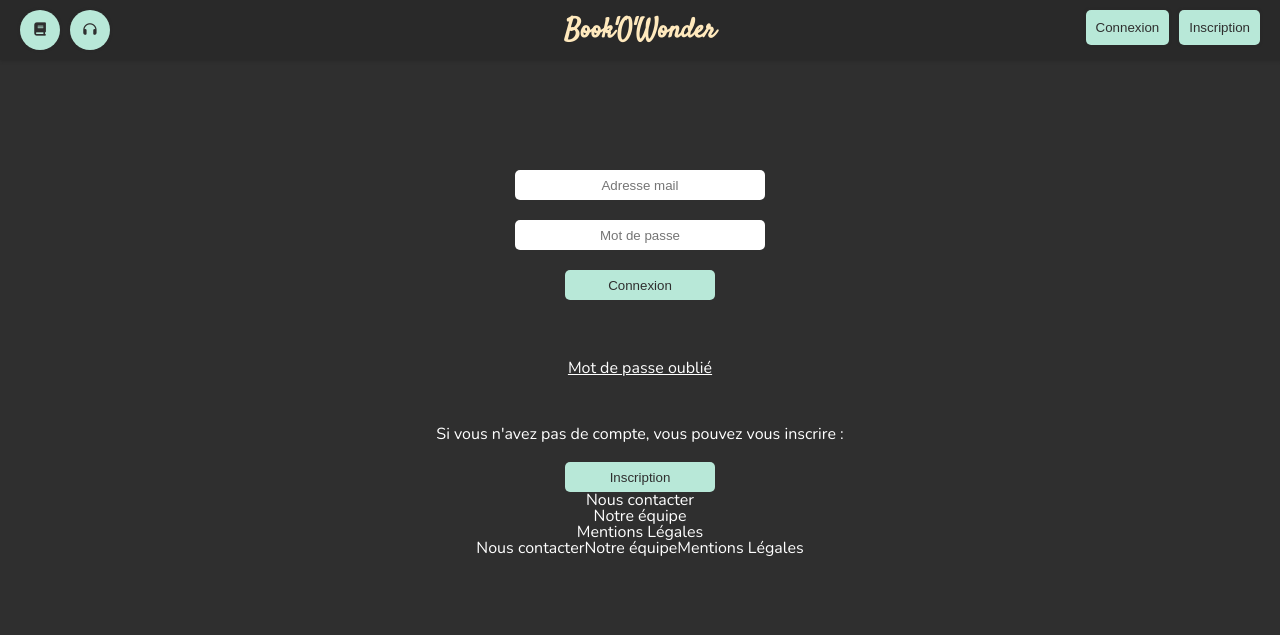
Repository: AnneLineC/book-o-wonder-front
Page: /connexion
These files come from the project's save history. The page is drawn as it stood at one moment and after the next save; the edit follows.
The browser window is 1280 px wide. The pictures show the whole page.
The page's requests for data from a server got no answer. Some web libraries are served in a nearby version. The project was rebuilt for these pictures with package versions that can differ from the ones it lists, and the page was loaded fresh each time. No one was signed in, and anything a server would have sent is missing. Also part of the build but not shown: src/components/HeaderApp/LoggedMenu/styles.scss, src/components/HeaderApp/LoggedMenu/index.js, src/components/BookCard/styles.scss, src/components/BookCard/index.js, src/components/HomePage/styles.scss, src/components/HomePage/index.js, src/components/RegisterPage/styles.scss, src/components/RegisterPage/index.js and 30 more.

Above is the page before, as saved 2021-12-21 10:51:19.

### public/index.html
<!DOCTYPE html>
<html lang="en">
  <head>
    <meta charset="utf-8" />
    <link rel="icon" href="%PUBLIC_URL%/favicon.ico" />
    <meta name="viewport" content="width=device-width, initial-scale=1" />
    <meta name="theme-color" content="#000000" />
    <meta
      name="description"
      content="Web site created using create-react-app"
    />
    <link rel="apple-touch-icon" href="%PUBLIC_URL%/logo192.png" />
    <!--
      manifest.json provides metadata used when your web app is installed on a
      user's mobile device or desktop. See https://developers.google.com/web/fundamentals/web-app-manifest/
    -->
    <link rel="manifest" href="%PUBLIC_URL%/manifest.json" />
    <!--
      Notice the use of %PUBLIC_URL% in the tags above.
      It will be replaced with the URL of the `public` folder during the build.
      Only files inside the `public` folder can be referenced from the HTML.

      Unlike "/favicon.ico" or "favicon.ico", "%PUBLIC_URL%/favicon.ico" will
      work correctly both with client-side routing and a non-root public URL.
      Learn how to configure a non-root public URL by running `npm run build`.
    -->
    <title>Book'O'Wonder</title>
    <script src="https://kit.fontawesome.com/1f90cd4d86.js" crossorigin="anonymous"></script>
  </head>
  <body>
    <noscript>You need to enable JavaScript to run this app.</noscript>
    <div id="root"></div>
  </body>
</html>

### src/index.js
import { Provider } from 'react-redux';
import { BrowserRouter } from 'react-router-dom';
import React from 'react';
import ReactDOM from 'react-dom';
import reportWebVitals from './reportWebVitals';
import store from './store';
import App from './components/App';
import './styles/index.scss';

ReactDOM.render(
  <React.StrictMode>
    <BrowserRouter>
      <Provider store={store}>
        <App />
      </Provider>
    </BrowserRouter>
  </React.StrictMode>,
  document.getElementById('root'),
);

// If you want to start measuring performance in your app, pass a function
// to log results (for example: reportWebVitals(console.log))
// or send to an analytics endpoint. Learn more: https://bit.ly/CRA-vitals
reportWebVitals();

### src/store/index.js
import { createStore, applyMiddleware, compose } from 'redux';

import reducer from '../reducers';
import apiMiddleware from '../middlewares/api';

const composeEnhancers = window.__REDUX_DEVTOOLS_EXTENSION_COMPOSE__ || compose;

const enhancers = composeEnhancers(
  applyMiddleware(apiMiddleware),
);

const store = createStore(reducer, enhancers);

export default store;

### src/styles/index.scss
@use 'reset';
@use 'vars';

@font-face {
  font-family: 'Nunito';
  src: url('../assets/fonts/Nunito-VariableFont_wght.ttf');
  font-weight: normal;
  font-style: normal;
}

@font-face {
  font-family: 'Satisfy';
  src: url('../assets/fonts/Satisfy-Regular.ttf');
  font-weight: normal;
  font-style: normal;
}

html, body {
  max-width: 100%;
  overflow-x: hidden;
}

body {
  background-color: vars.$color--grey-dark;
  margin: 0;
  font-family: 'Nunito', sans-serif;
  color: white;

  &.reading-page {
    height: 100vh;
    overflow-y: hidden;
  }
}

button {
  color: vars.$color--grey-dark;
}

/* Hiding class, making content visible only to screen readers but not visually */
/* "sr" meaning "screen-reader" */
.sr-only:not(:focus):not(:active) {
  clip: rect(0 0 0 0);
  clip-path: inset(50%);
  height: 1px;
  overflow: hidden;
  position: absolute;
  white-space: nowrap;
  width: 1px;
}

button {
  color: vars.$color--grey-dark;
}

/* Hiding class, making content visible only to screen readers but not visually */
/* "sr" meaning "screen-reader" */
.sr-only:not(:focus):not(:active) {
  clip: rect(0 0 0 0);
  clip-path: inset(50%);
  height: 1px;
  overflow: hidden;
  position: absolute;
  white-space: nowrap;
  width: 1px;
}

### src/reducers/index.js
import { combineReducers } from 'redux';

import userReducer from './user';
import booksReducer from './books';
import displayReducer from './display';
import soundsReducer from './sounds';

const rootReducer = combineReducers({
  display: displayReducer,
  books: booksReducer,
  user: userReducer,
  sounds: soundsReducer,
});

export default rootReducer;

### src/components/HeaderApp/index.js
import { useDispatch, useSelector } from 'react-redux';
import { Link } from 'react-router-dom';
import LoggedMenu from './LoggedMenu';
import LoginComponent from './LoginComponent';
import { setDisplay } from '../../actions';
import './styles.scss';

const HeaderApp = () => {
  const isLogged = useSelector((state) => state.user.logged);
  const dispatch = useDispatch();
  const handleMenuButtonClick = (name) => {
    dispatch(setDisplay(name));
  };
  return (
    <header className="header-app">
      <div className="header-app__element header-app__element--menu">
        {!isLogged && <LoginComponent />}
        {isLogged && <LoggedMenu />}
      </div>
      <button
        type="button"
        className="header-app__element header-app__element--categories"
        onClick={
          () => {
            handleMenuButtonClick('categoriesMenu');
          }
        }
      >
        <span className="sr-only">Catégories</span>
        <i className="header-app__icon fas fa-book" />
      </button>
      <button
        type="button"
        className="header-app__element header-app__element--audio-player"
        onClick={
          () => {
            handleMenuButtonClick('mediaPlayer');
          }
        }
      >
        <span className="sr-only">Lecteur audio</span>
        <i className="header-app__icon fas fa-headphones" />
      </button>
      <Link to="/"><h1 className="header-app__title">Book'O'Wonder</h1></Link>
    </header>
  );
};

export default HeaderApp;

### src/components/FooterApp/index.js
import './styles.scss';
import { Link } from "react-router-dom"

const FooterApp = () => (
  <footer>
    <ul>
        <ol><a href=""></a>Nous contacter</ol>
        <ol><a href=""></a>Notre équipe</ol>
        <ol><a href=""></a>Mentions Légales</ol>

        <Link to="/Nous_contacter">Nous contacter</Link>
        <Link to="/Notre_equipe">Notre équipe</Link>
        <Link to="/Mentions_Legales">Mentions Légales</Link>
    </ul>
  </footer>
);

export default FooterApp;

### src/components/ConnexionMenu/index.js
import { useSelector, useDispatch } from 'react-redux';
import { NavLink } from 'react-router-dom';
import { setDisplay } from '../../actions';

import Modal from '../Modal';

import './styles.scss';

const ConnexionMenu = () => {
  const isConnexionMenuOpen = useSelector((state) => state.display.connexionMenu);

  const dispatch = useDispatch();
  const handleLinkClick = () => {
    dispatch(setDisplay('connexionMenu'));
  };

  return (
    <Modal componentName="connexionMenu" isComponentOpen={isConnexionMenuOpen}>
      <ul className="connexion-menu__list">
        <li className="connexion-menu__item">
          <NavLink
            to="/connexion"
            onClick={handleLinkClick}
          >
            Connexion
          </NavLink>
        </li>
        <li className="connexion-menu__item">
          <NavLink
            to="/inscription"
            onClick={handleLinkClick}
          >
            Inscription
          </NavLink>
        </li>
      </ul>
    </Modal>
  );
};

export default ConnexionMenu;

### src/components/ConnectedMenu/index.js
import { useSelector, useDispatch } from 'react-redux';
import { NavLink } from 'react-router-dom';
import { setDisplay, logout } from '../../actions';

import Modal from '../Modal';

import './styles.scss';

const ConnexionMenu = () => {
  const dispatch = useDispatch();
  const isConnectedMenuOpen = useSelector((state) => state.display.connectedMenu);

  const handleLinkClick = () => {
    dispatch(setDisplay('connectedMenu'));
  };

  const handleDeconnexionClick = () => {
    dispatch(logout());
    dispatch(setDisplay('connectedMenu'));
  };

  const baseURI = useSelector((state) => (state.display.baseURI));
  const userRoles = useSelector((state) => (state.user.roles));

  let isAdmin = false;
  if (userRoles) {
    isAdmin = userRoles.includes('ROLE_ADMIN');
  }

  return (
    <Modal componentName="connectedMenu" isComponentOpen={isConnectedMenuOpen}>
      <ul className="connected-menu__list">
        <li className="connected-menu__item">
          <NavLink
            to="/mon-compte"
            onClick={handleLinkClick}
          >
            Mon compte
          </NavLink>
        </li>
        <li className="connected-menu__item">
          <NavLink
            to="/"
            onClick={handleDeconnexionClick}
          >
            Deconnexion
          </NavLink>
        </li>
        {isAdmin && (
          <li className="connected-menu__item">
            <a
              href={`${baseURI}/`}
              onClick={handleLinkClick}
            >
              Administration (admin)
            </a>
          </li>
        )}
      </ul>
    </Modal>
  );
};

export default ConnexionMenu;

### src/components/CategoriesMenu/index.js
import { useSelector, useDispatch } from 'react-redux';
import { NavLink } from 'react-router-dom';
import { useEffect } from 'react';
import { setDisplay, loadCategoriesFromAPI } from '../../actions';

import Modal from '../Modal';

import './styles.scss';

const CategoriesMenu = () => {
  const dispatch = useDispatch();
  const isCategoriesMenuOpen = useSelector((state) => state.display.categoriesMenu);
  const categoriesList = useSelector((state) => state.display.categoriesList);

  useEffect(
    () => {
      dispatch(loadCategoriesFromAPI());
    },
    [],
  );

  const handleLinkClick = () => {
    dispatch(setDisplay('categoriesMenu'));
  };

  return (
    <Modal componentName="categoriesMenu" appearingDesktopSide="left" isComponentOpen={isCategoriesMenuOpen}>
      <ul className="categories-menu__list">
        {
          categoriesList.map(
            (category) => (
              <li key={category.id} className="categories-menu__item">
                <NavLink
                  to={`/categorie/${category.id}`}
                  onClick={handleLinkClick}
                >
                  {category.name}
                </NavLink>
              </li>
            ),
          )
        }

      </ul>
    </Modal>
  );
};

export default CategoriesMenu;

### src/styles/_reset.css
/* http://meyerweb.com/eric/tools/css/reset/ v2.0 | 20110126 */
html,
body,
div,
span,
applet,
object,
iframe,
h1,
h2,
h3,
h4,
h5,
h6,
p,
blockquote,
pre,
a,
abbr,
acronym,
address,
big,
cite,
code,
del,
dfn,
em,
img,
ins,
kbd,
q,
s,
samp,
small,
strike,
strong,
sub,
sup,
tt,
var,
b,
u,
i,
center,
dl,
dt,
dd,
ol,
ul,
li,
fieldset,
form,
label,
legend,
table,
caption,
tbody,
tfoot,
thead,
tr,
th,
td,
article,
aside,
canvas,
details,
embed,
figure,
figcaption,
footer,
header,
hgroup,
menu,
nav,
output,
ruby,
section,
summary,
time,
mark,
audio,
video {
  margin: 0;
  padding: 0;
  border: 0;
  font-size: 100%;
  font: inherit;
  vertical-align: baseline;
}

/* HTML5 display-role reset for older browsers */
article,
aside,
details,
figcaption,
figure,
footer,
header,
hgroup,
menu,
nav,
section {
  display: block;
}

body {
  line-height: 1;
}
ol,
ul {
  list-style: none;
}
blockquote,
q {
  quotes: none;
}

blockquote::before,
blockquote::after,
q:before,
q:after {
  content: '';
  content: none;
}
table {
  border-collapse: collapse;
  border-spacing: 0;
}

/* Améliorations */

html {
  box-sizing: border-box;
  font-size: 62.5%;
}

body {
  font-size: 1.6rem;
}

*,
*::before,
*::after {
  box-sizing: inherit;
}

a,
del,
ins {
  text-decoration: none;
}
a {
  color: inherit;
}

label,
button {
  cursor: pointer;
  background-color: transparent;
  border: 0;
  padding: 0;
}

input,
button {
  outline: 0;
  border: 0;
}

### src/styles/_vars.scss
// --------
// Colors :
// --------

// $color--*color*-*light/medium/dark*

$color--grey-dark: #2f2f2f;
$color--grey-very-dark: #292929;
$color--green-light: #b8e8d8;
$color--blue-light: #e1ecfe;
$color--yellow-light: #fffec5;
$color--orange-light: #ffe9bd;
$color--orange-medium: #e9ab9c;

// $gradient--*color*-*light/medium/dark*

$gradient--blue-light : linear-gradient(to bottom, #9ec0ff, #e8f1ff);
$gradient--yellow-light : linear-gradient(to bottom, #fed68e, #fef4db);
$gradient--green-light : linear-gradient(to bottom, #88d4ba, #d8f3ea);

// ---------
// General :
// ---------

$radius: 0.5rem;
$gutter: 1rem;

// -------------
// Breakpoints :
// -------------

$tablet: 700px;
$desktop: 1000px;

// -------
// Fonts :
// -------

$title-font: 'Satisfy', sans-serif;
$main-font: 'Nunito', sans-serif;

### src/reducers/books.js
import {
  SET_BOOKS_LIST_BY_CATEGORY,
  SET_BOOK,
  SET_HIGHLIGHTED_BOOKS,
  SET_MOST_PINNED_BOOK,
  SET_MOST_READ_CATEGORY,
  SET_HIGHLIGHTED_BOOKS_ARE_LOADED,
} from '../actions';

export const initialState = {
  categoryTitle: 0,
  book: {},
  books: [],
  highlightedBooks: [],
  highlightedBooksAreLoaded: false,
  mostPinnedBook: {},
  mostReadCategory: {},
};

const reducer = (state = initialState, action = {}) => {
  switch (action.type) {
    case SET_BOOKS_LIST_BY_CATEGORY:
      return {
        ...state,
        ...action.data,
      };
    case SET_BOOK:
      return {
        ...state,
        book: { ...action.data },
      };
    case SET_HIGHLIGHTED_BOOKS:
      return {
        ...state,
        highlightedBooks: action.data,
      };
    case SET_MOST_PINNED_BOOK:
      return {
        ...state,
        mostPinnedBook: action.data,
      };
    case SET_MOST_READ_CATEGORY:
      return {
        ...state,
        mostReadCategory: action.data,
      };
    case SET_HIGHLIGHTED_BOOKS_ARE_LOADED:
      return {
        ...state,
        highlightedBooksAreLoaded: action.value,
      };
    default:
      return state;
  }
};

export default reducer;

### src/reducers/sounds.js
import { SET_SOUNDS, SET_CURRENT_SOUND } from '../actions';

export const initialState = {
  musicsList: [],
  currentMusic: {
    id: 1,
    name: 'Lofi',
    music: 'https:/www.youtube.com/watch?v=5qap5aO4i9A',
    image: '',
    categories: [
      {
        id: 1,
        name: 'Fantasy',
      },
    ],
  },
};

const reducer = (state = initialState, action = {}) => {
  switch (action.type) {
    case SET_SOUNDS:
      return {
        ...state,
        musicsList: action.data,
      };
    case SET_CURRENT_SOUND:
      return {
        ...state,
        currentMusic: action.data,
      };
    default:
      return state;
  }
};

export default reducer;

### src/components/HeaderApp/LoginComponent/index.js
import LoginButtons from './LoginButtons';
import LoginMenu from './LoginMenu';
import './styles.scss';

const LoginComponent = () => (
  <div className="login-component">
    <LoginButtons />
    <LoginMenu />
  </div>
);

export default LoginComponent;

### src/components/HeaderApp/styles.scss
@use './../../styles/vars';
@use "sass:color";

.header-app {

    padding: vars.$gutter vars.$gutter*2;
    background-color: color.scale(vars.$color--grey-dark, $blackness: 80%);
    box-shadow: 1px 1px 3px color.scale(vars.$color--grey-dark, $blackness: 100%);
    position: sticky;
    min-height: 6rem;

    &__title {
        font-family: vars.$title-font;
        color: vars.$color--orange-light;
        font-size: 1.7em;
        font-weight: bold;
        display: flex;
        justify-content: flex-start;
        align-items: center;
        line-height: 1.6;
        z-index: -1;
    }

    &__element {
        float: right;
        margin-left: vars.$gutter;
    }

    &__icon {
        background-color: vars.$color--green-light;
        display: block;
        width: 4rem;
        height: 4rem;
        display: flex;
        align-items: center;
        justify-content: center;
        border-radius: 50%;
        color: vars.$color--grey-dark;
        box-shadow: 0 0 3px color.scale(vars.$color--grey-dark, $blackness: 100%);
        transition: 0.5s;

        &:hover {
            background-color: vars.$color--orange-medium;
        }
    }
}

@media screen and (min-width: vars.$tablet) {

    .header-app {

        &__element {
            &--audio-player {
                float: left;
                display: flex;
                align-items: center;
                justify-content: center;
            }
            &--categories {
                float: left;
                margin-left: 0;
                display: flex;
                align-items: center;
                justify-content: center;
            }
        }

        &__title {
            display: block;
            position: absolute;
            top: 1rem;
            text-align: center;
            width: calc(100% - (vars.$gutter * 4));
        }
    }
}

### src/components/LoginPage/styles.scss
@use "../../styles/vars";

.login-page {
  span {
    color: blue;
    text-decoration: underline;
  }

  &__form {
    display: flex;
    flex-direction: column;
    padding: vars.$gutter;
    margin-top: 10rem;
  }

  &__input {
    border-radius: vars.$radius;
    margin-bottom: 1rem;
    text-align: center;
    width: 25rem;
    height: 3rem;
    margin: 0rem auto 2rem auto;
  }

  &__connexion {
    background-color: vars.$color--green-light;
    border-radius: vars.$radius;
    width: 150px;
    height: 30px;
    margin: auto;
  }

  &__subscription {
    background-color: vars.$color--green-light;
    border-radius: vars.$radius;
    width: 150px;
    height: 30px;
    margin-top: 2rem;
  }

  &__forgotten {
    margin: 5rem;
    text-decoration: underline;
  }

}

### src/components/Modal/index.js
import PropTypes from 'prop-types';
import { useDispatch } from 'react-redux';
import { setDisplay } from '../../actions';

import './styles.scss';

const Modal = ({
  componentName, isComponentOpen, appearingDesktopSide, children,
}) => {
  const dispatch = useDispatch();
  const handleCloseIconClick = (name) => {
    dispatch(setDisplay(name));
  };

  const classNameBySide = appearingDesktopSide === 'left' ? 'menu-list menu-list--left' : 'menu-list';
  const className = isComponentOpen ? `${classNameBySide} menu-list--open` : classNameBySide;

  return (
    <div className={className}>
      <button
        type="button"
        className="menu-list__close-icon"
        onClick={
            () => {
              handleCloseIconClick(componentName);
            }
          }
      >
        <i className="fas fa-times" />
      </button>
      {children}
    </div>
  );
};

Modal.defaultProps = {
  appearingDesktopSide: 'right',
};

Modal.propTypes = {
  componentName: PropTypes.string.isRequired,
  isComponentOpen: PropTypes.bool.isRequired,
  children: PropTypes.node.isRequired,
  appearingDesktopSide: PropTypes.string,
};

export default Modal;

### src/components/ConnexionMenu/styles.scss
@use './../../styles/vars';
@use "sass:color";


.connexion-menu {
    &__item {
        border-top: 1px solid color.scale(vars.$color--grey-dark, $lightness: 15%);
        padding: vars.$gutter * 1.5;
    }
}

### src/components/ConnectedMenu/styles.scss
@use './../../styles/vars';
@use "sass:color";


.connected-menu {
    &__item {
        border-top: 1px solid color.scale(vars.$color--grey-dark, $lightness: 15%);
        padding: vars.$gutter * 1.5;
    }
}

### src/components/MediaPlayer/styles.scss
@use './../../styles/vars';

.player {
  max-width: 33rem;
  margin: auto;
  display: flex;
  flex-direction: column;
  max-height: 80vh;
}

.infos {

  &__picture {
    margin: auto;
    height: 20rem;
    background-position: center;
    background-size: cover;
    border-radius: vars.$radius;
    position: relative;
  }

  &__content {
    position: absolute;
    bottom: 0;
    width: 100%;
    padding: vars.$gutter;
    display: flex;
    justify-content: space-between;
    align-items: center;
    margin-top: vars.$gutter;
  }

  &__left {
    display: flex;
    align-items: center;
  }

  &__right {
    display: flex;
    // flex-direction: column;
  }

  &__title {
    font-weight: bold;
    margin-left: vars.$gutter;
  }

  &__category {
    display: flex;
    align-items: center;
    background-color: vars.$color--orange-light;
    padding: 0.5rem;
    color: vars.$color--grey-dark;
    border-radius: vars.$radius;
    font-size: 0.7em;
    margin: 0.2rem;
  }

  &__playpause {
    background-color: vars.$color--blue-light;
    width: 4rem;
    height: 4rem;
    display: flex;
    justify-content: center;
    align-items: center;
    border-radius: 50%;
    flex-shrink: 0;
  }
}

.controls {
  margin-top: vars.$gutter;
  display: flex;
  justify-content: center;

  &__volume {
    display: flex;

    &-text {
      margin-right: vars.$gutter;
    }
  }
}

.music-list {
  margin-top: vars.$gutter*3;
  padding-right: vars.$gutter;
  flex: 1;
  overflow-y: auto;

  &::-webkit-scrollbar {
    width: 12px;               /* width of the entire scrollbar */
  }

  &::-webkit-scrollbar-track {
      background: #1d1d1d;        /* color of the tracking area */
  }

  &::-webkit-scrollbar-thumb {
      background-color: #575757;    /* color of the scroll thumb */
      border-radius: 20px;       /* roundness of the scroll thumb */
      border: 3px solid #1d1d1d ;  /* creates padding around scroll thumb */
  }
}

### src/components/HeaderApp/LoginComponent/LoginButtons/index.js
import { NavLink } from 'react-router-dom';
import './styles.scss';

const LoginButtons = () => (
  <div className="login-buttons">
    <NavLink to="/connexion">
      <button
        className="login-buttons__button login-buttons__button--signin"
        type="button"
      >
        Connexion
      </button>
    </NavLink>

    <NavLink to="/inscription">
      <button
        className="login-buttons__button login-buttons__button--signup"
        type="button"
      >
        Inscription
      </button>
    </NavLink>
  </div>
);

export default LoginButtons;

### src/components/HeaderApp/LoginComponent/LoginMenu/index.js
import { useDispatch } from 'react-redux';
import { setDisplay } from '../../../../actions';

import './styles.scss';

const LoginMenu = () => {
  const dispatch = useDispatch();
  const handleLinkClick = (name) => {
    dispatch(setDisplay(name));
  };
  return (
    <button
      type="button"
      className="login-menu"
      onClick={
      () => {
        handleLinkClick('connexionMenu');
      }
    }
    >
      <span className="login-menu__text sr-only">Menu de connexion</span>
      <span className="login-menu__icon header-app__icon"><i className="far fa-user" /></span>
    </button>
  );
};

export default LoginMenu;

### src/components/Modal/styles.scss
@use './../../styles/vars';
@use "sass:color";


.menu-list {
    position: fixed;
    top: 0;
    left: 0;
    width: 100%;
    height: 100vh;
    padding: vars.$gutter*8 vars.$gutter*3 vars.$gutter*3;
    overflow: hidden;
    background-color: color.scale(vars.$color--grey-dark, $blackness: 80%);
    z-index: 100;
    transition: transform 1s;
    transform: translateX(100%);
    box-shadow: 0 0 3px black;

    &--open {
        transform: translateX(0);
    }

    &__close-icon {
        position: absolute;
        top: 0;
        right: 0;
        padding: vars.$gutter * 3;
        font-size: 1.2em;
        color: vars.$color--orange-light;
    }
}

@media only screen and (min-width: vars.$tablet) {
    .menu-list {
        top: 0;
        left: auto;
        right: 0;
        width: 40rem;
        transform: translateX(41rem);

        &--left {
            top: 0;
            left: 0;
            right: auto;
            width: 40rem;
            transform: translateX(-41rem);
        }

        &--open {
            transform: translateX(0);
        }
    }

}

### src/components/HeaderApp/LoginComponent/LoginButtons/styles.scss
@use './../../../../styles/vars';
@use "sass:color";

.login-buttons {
    display: none;

    &__button {
        background-color: vars.$color--green-light;
        padding: vars.$gutter;
        border-radius: vars.$radius;
        margin-left: vars.$gutter;
        box-shadow: 0 0 3px color.scale(vars.$color--grey-dark, $blackness: 100%);
        // font-weight: bold;
    }
}

@media screen and (min-width: vars.$desktop) {
    .login-buttons {
        display: block;
    }
}

### src/components/HeaderApp/LoginComponent/LoginMenu/styles.scss
@use './../../../../styles/vars';

@media screen and (min-width: vars.$desktop) {
    .login-menu {
        display: none;
    }
}

Loaded but not shown: src/reportWebVitals.js (common file); src/components/App/styles.scss (common file); src/middlewares/api.js (387 lines, source omitted); src/actions/index.js (299 lines, source omitted); src/components/MediaPlayer/index.js (114 lines, source omitted); src/components/App/index.js (78 lines, source omitted); src/components/LoginPage/index.js (92 lines, source omitted); src/reducers/user.js (101 lines, source omitted); src/reducers/display.js (85 lines, source omitted); src/components/HeaderApp/LoginComponent/styles.scss (no stored copy; drawn as an empty file)

After the next save:
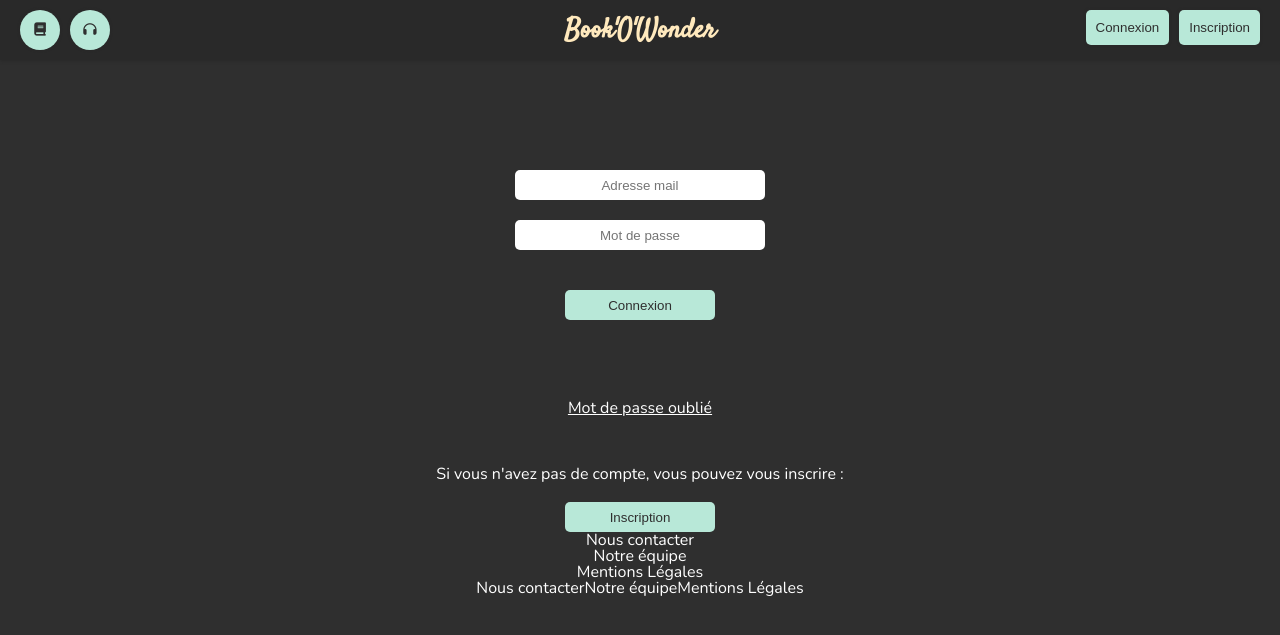
Saved 20 s later.
--- a/src/components/LoginPage/styles.scss
+++ b/src/components/LoginPage/styles.scss
@@ -24,10 +24,10 @@
 
   &__connexion {
     background-color: vars.$color--green-light;
+    height: 3rem;
+    width: 15rem;
+    margin: 2rem auto 2rem auto;
     border-radius: vars.$radius;
-    width: 150px;
-    height: 30px;
-    margin: auto;
   }
 
   &__subscription {
